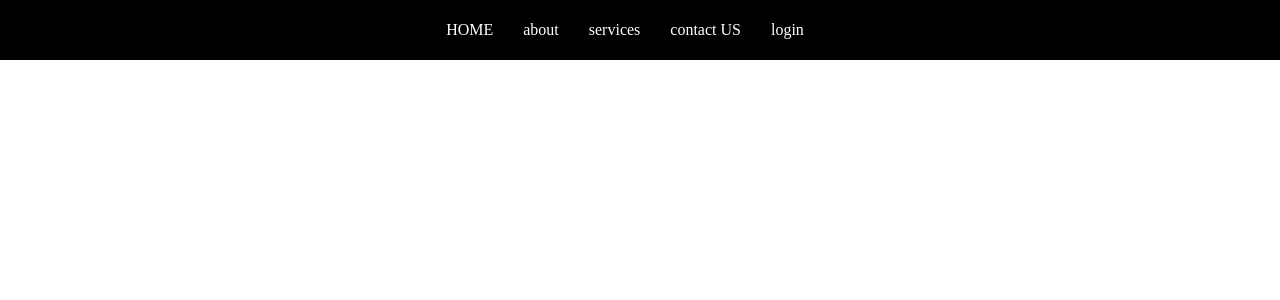
Repository: viveknaidu007/repo-166-Full-Stack-Development-Learning-Notes-Innomatics-2024
Page: module_1-html,css,bootstrap/sept_25_2024/index.html
These files come from the project's save history. The page is drawn as it stood at one moment and after the next save; the edit follows.
The browser window is 1280 px wide. The pictures show the whole page.

Above is the page before, as saved 2024-09-27 16:39:51.

### module_1-html,css,bootstrap/sept_25_2024/index.html
<!DOCTYPE html>
<html lang="en">
<head>
    <meta charset="UTF-8">
    <meta name="viewport" content="width=device-width, initial-scale=1.0">
    <title>flex_box</title>

    <style>
        ul{
            display: flex;
            list-style-type: none;
            background-color: black;
            color: white;
            height:60px;
            justify-content: center;
            align-items: center;
        }

        ul li{
            margin-right: 30px;
        }

        *{
            margin:0px;
            padding:0px;
            justify-content: center;
        }


    </style>
</head>
<body>
    <header>
        <nav>
            <ul>
                <li> HOME </li>
                <li> about </li>
                <li> services </li>
                <li> contact US </li>
                <li> login </li>
            </ul>
        </nav>
    </header>
    <div class="box"> </div>
</body>
</html>

After the next save:
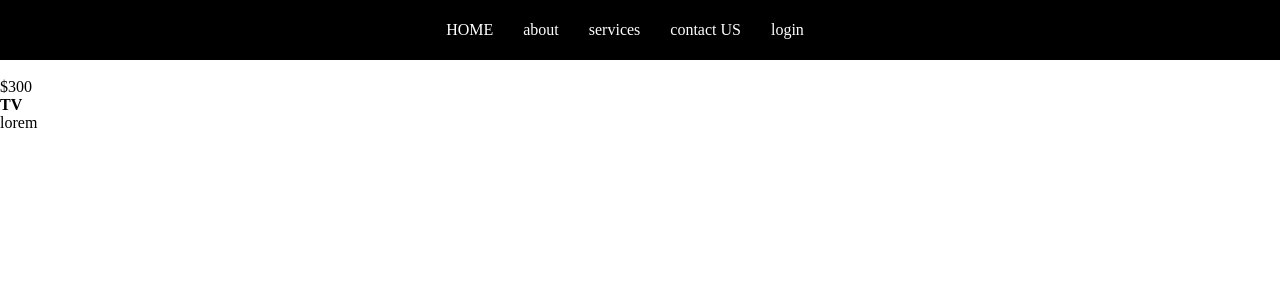
Saved 2 h 14 min later.
--- a/module_1-html,css,bootstrap/sept_25_2024/index.html
+++ b/module_1-html,css,bootstrap/sept_25_2024/index.html
@@ -42,5 +42,13 @@
         </nav>
     </header>
     <div class="box"> </div>
+
+    <div class="product">
+        <img src="" alt="">
+        <p> $300 </p>
+        <h4> TV </h4>
+        <p> lorem </p>
+
+    </div>
 </body>
 </html>
